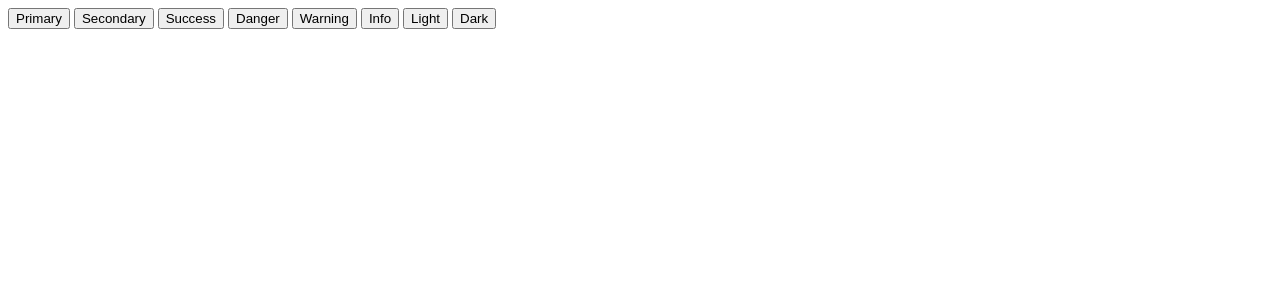
Repository: tunguyenhy222/tunguyenhy222
Page: index.html
An editor plug-in stored every save of this project. The page is shown before and after the next save, followed by the edit.
The browser window is 1280 px wide. The pictures show the whole page.

Above is the page before, as saved 2021-08-12 20:53:01.

### index.html
<!DOCTYPE html>
<html lang="en">
<head>
    <meta charset="UTF-8">
    <meta http-equiv="X-UA-Compatible" content="IE=edge">
    <meta name="viewport" content="width=device-width, initial-scale=1.0">
    <title>Document</title>
</head>
<body>
<button type="button" class="btn btn-outline-primary">Primary</button>
<button type="button" class="btn btn-outline-secondary">Secondary</button>
<button type="button" class="btn btn-outline-success">Success</button>
<button type="button" class="btn btn-outline-danger">Danger</button>
<button type="button" class="btn btn-outline-warning">Warning</button>
<button type="button" class="btn btn-outline-info">Info</button>
<button type="button" class="btn btn-outline-light">Light</button>
<button type="button" class="btn btn-outline-dark">Dark</button>
</body>
</html>

After the next save:
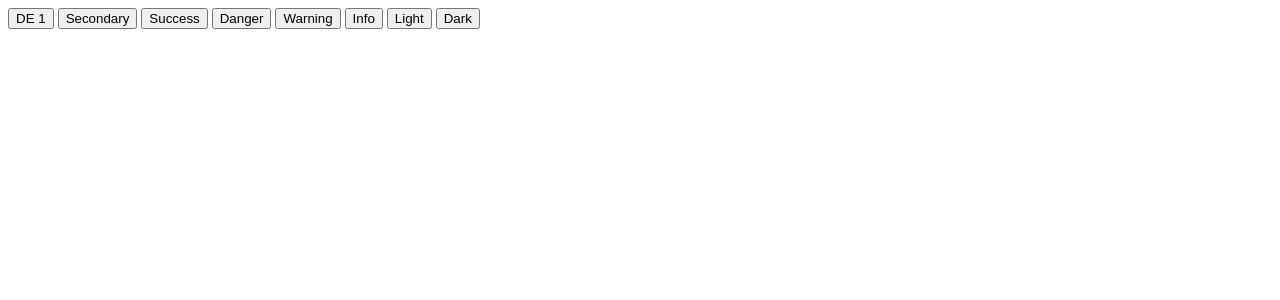
Saved 4 s later.
--- a/index.html
+++ b/index.html
@@ -7,7 +7,7 @@
     <title>Document</title>
 </head>
 <body>
-<button type="button" class="btn btn-outline-primary">Primary</button>
+<button type="button" class="btn btn-outline-primary">DE 1</button>
 <button type="button" class="btn btn-outline-secondary">Secondary</button>
 <button type="button" class="btn btn-outline-success">Success</button>
 <button type="button" class="btn btn-outline-danger">Danger</button>
